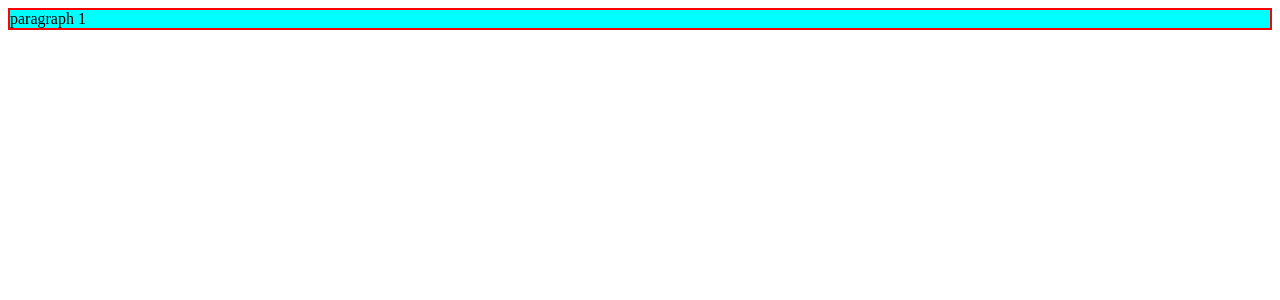
Repository: yeosong-SMU/Java-Fulls-tack
Page: html/src/main/webapp/ch02/margin.html
These files come from the project's save history. The page is drawn as it stood at one moment and after the next save; the edit follows.
The browser window is 1280 px wide. The pictures show the whole page.

Above is the page before, as saved 2025-04-02 01:15:29.

After the next save:
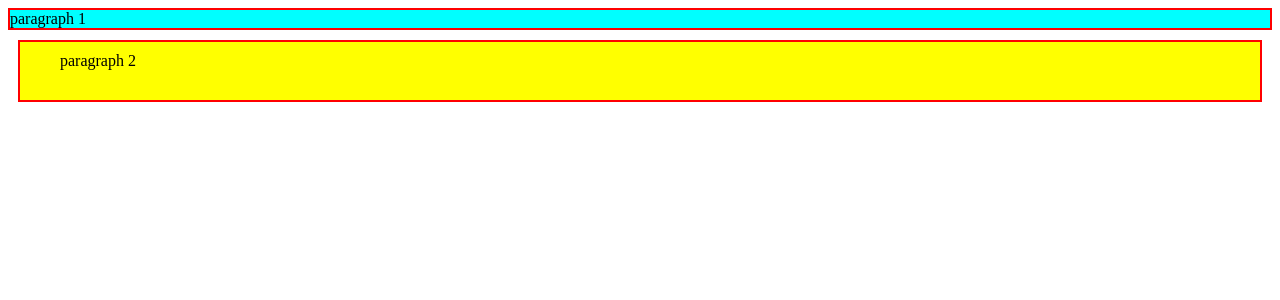
Saved 45 s later.
--- a/html/src/main/webapp/ch02/margin.html
+++ b/html/src/main/webapp/ch02/margin.html
@@ -22,5 +22,6 @@
 </head>
 <body>
 <p>paragraph 1</p>
+<p id = "p2">paragraph 2</p>
 </body>
 </html>
